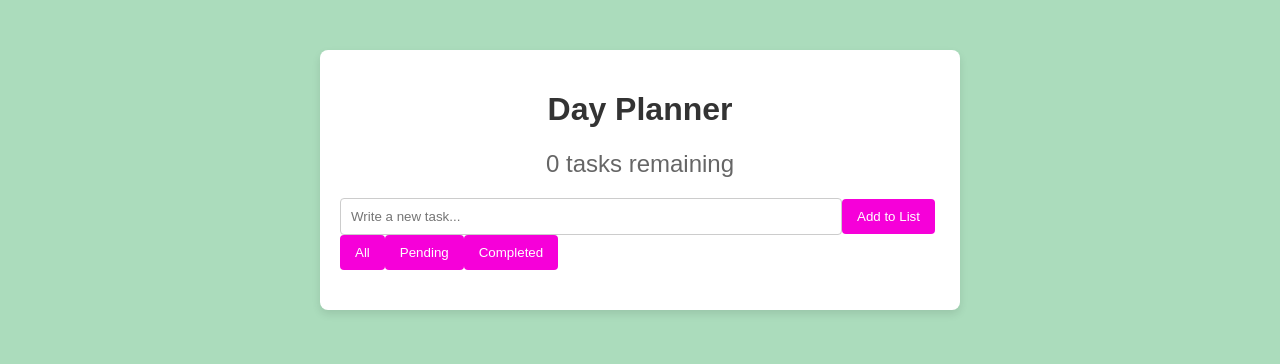
Repository: madelinestruthers/shema-lab04
Page: /
The author's editor kept a copy of each file at every save. The page is drawn from the files as they stood at one save, then again after the next save.
The browser window is 1280 px wide. The pictures show the whole page.
The project was rebuilt for these pictures with package versions that can differ from the ones it lists, and the page was loaded fresh each time. Also part of the build but not shown: src/components/Task.jsx.

Above is the page before, as saved 2024-10-28 11:44:59.

### src/index.css
body {
  font-family: Arial, sans-serif;
  background-color: #abdcbc;
  margin: 0;
  padding: 0;
}

.app-container {
  width: 80%;
  max-width: 600px;
  margin: 50px auto;
  background-color: #fff;
  padding: 20px;
  border-radius: 8px;
  box-shadow: 0 4px 8px rgba(0, 0, 0, 0.1);
}

h1 {
  text-align: center;
  color: #333;
}

h2 {
  text-align: center;
  color: #666;
  font-weight: normal;
}

.task-list {
  margin-top: 20px;
}

.task-item {
  display: flex;
  justify-content: space-between;
  align-items: center;
  background-color: #f9f9f9;
  padding: 10px;
  border-radius: 4px;
  margin-bottom: 10px;
  border: 1px solid #e0e0e0;
}

.task-item.completed {
  text-decoration: line-through;
}

.task-item button {
  background-color: #f600d9;
  color: white;
  border: none;
  padding: 5px 10px;
  border-radius: 4px;
  cursor: pointer;
}

.task-item button:hover {
  background-color: #eb73e3;
}

input[type="text"] {
  width: 80%;
  padding: 10px;
  border: 1px solid #ccc;
  border-radius: 4px;
}

button {
  background-color: #f600d9;
  color: white;
  border: none;
  padding: 10px 15px;
  border-radius: 4px;
  cursor: pointer;
}

button:hover {
  background-color: #eb73e3;
}

### src/App.jsx
// src/App.jsx
import React, { useState, useEffect } from 'react';
import Task from './components/Task.jsx';
import TaskForm from './components/TaskForm.jsx';

function App() {
  const [tasks, setTasks] = useState([]);
  const [filter, setFilter] = useState('all'); // State for task filter

  useEffect(() => {
    document.title = 'Day Planner';
  }, []);

  const addTask = (taskText) => {
    const newTask = {
      id: Date.now(),
      text: taskText,
      completed: false,
    };
    setTasks([...tasks, newTask]);
  };

  const toggleComplete = (taskId) => {
    setTasks(tasks.map((task) =>
      task.id === taskId ? { ...task, completed: !task.completed } : task
    ));
  };

  const deleteTask = (taskId) => {
    setTasks(tasks.filter((task) => task.id !== taskId));
  };

  const remainingTasks = tasks.filter((task) => !task.completed).length;

  // Filter tasks based on selected filter state
  const filteredTasks = tasks.filter((task) => {
    if (filter === 'completed') return task.completed;
    if (filter === 'pending') return !task.completed;
    return true; // Default: show all tasks
  });

  return (
    <div className="app-container">
      <h1>Day Planner</h1>
      <h2>{remainingTasks} tasks remaining</h2>

      <TaskForm addTask={addTask} />

      {/* Filter Buttons */}
      <div className="filter-buttons">
        <button onClick={() => setFilter('all')}>All</button>
        <button onClick={() => setFilter('pending')}>Pending</button>
        <button onClick={() => setFilter('completed')}>Completed</button>
      </div>

      {/* Render Filtered Tasks */}
      <div className="task-list">
        {filteredTasks.map((task) => (
          <Task
            key={task.id}
            task={task}
            toggleComplete={toggleComplete}
            deleteTask={deleteTask}
          />
        ))}
      </div>
    </div>
  );
}

export default App;

### src/components/TaskForm.jsx
import React, { useState } from 'react';

const TaskForm = ({ addTask }) => {
  const [taskText, setTaskText] = useState('');

  const handleSubmit = (e) => {
    e.preventDefault();
    if (!taskText.trim()) return;
    addTask(taskText);
    setTaskText('');
  };

  return (
    <form onSubmit={handleSubmit}>
      <input
        type="text"
        value={taskText}
        onChange={(e) => setTaskText(e.target.value)}
        placeholder="Write a new task..."
      />
      <button type="submit">Add to List</button>
    </form>
  );
};

export default TaskForm;

Loaded but not shown: public/index.html (common file); src/index.js (common file)

After the next save:
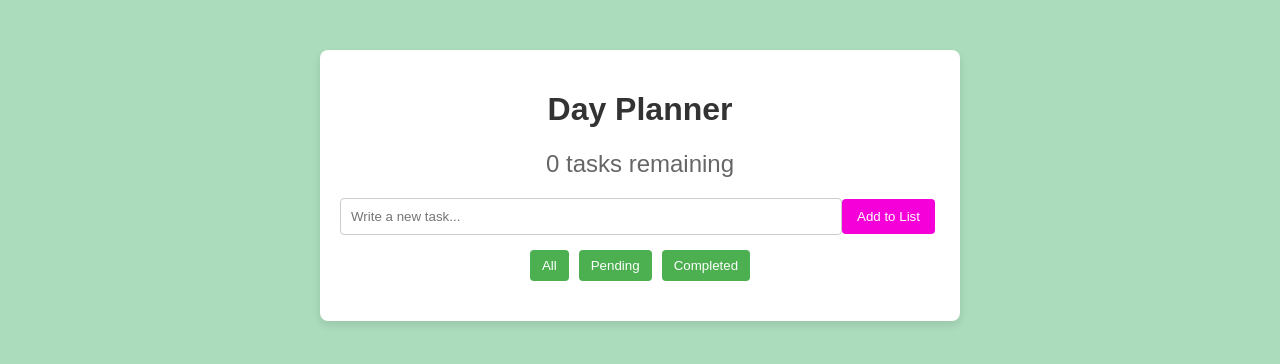
Saved 12 s later.
--- a/src/index.css
+++ b/src/index.css
@@ -77,3 +77,29 @@ button {
 button:hover {
   background-color: #eb73e3;
 }
+/* src/index.css */
+.filter-buttons {
+  display: flex;
+  justify-content: center;
+  gap: 10px;
+  margin: 15px 0;
+}
+
+.filter-buttons button {
+  padding: 8px 12px;
+  border: none;
+  background-color: #4caf50;
+  color: white;
+  border-radius: 4px;
+  cursor: pointer;
+}
+
+.filter-buttons button:hover {
+  background-color: #45a049;
+}
+
+/* Existing styling for completed task */
+.task-item .completed {
+  text-decoration: line-through;
+  color: #aaa;
+}
